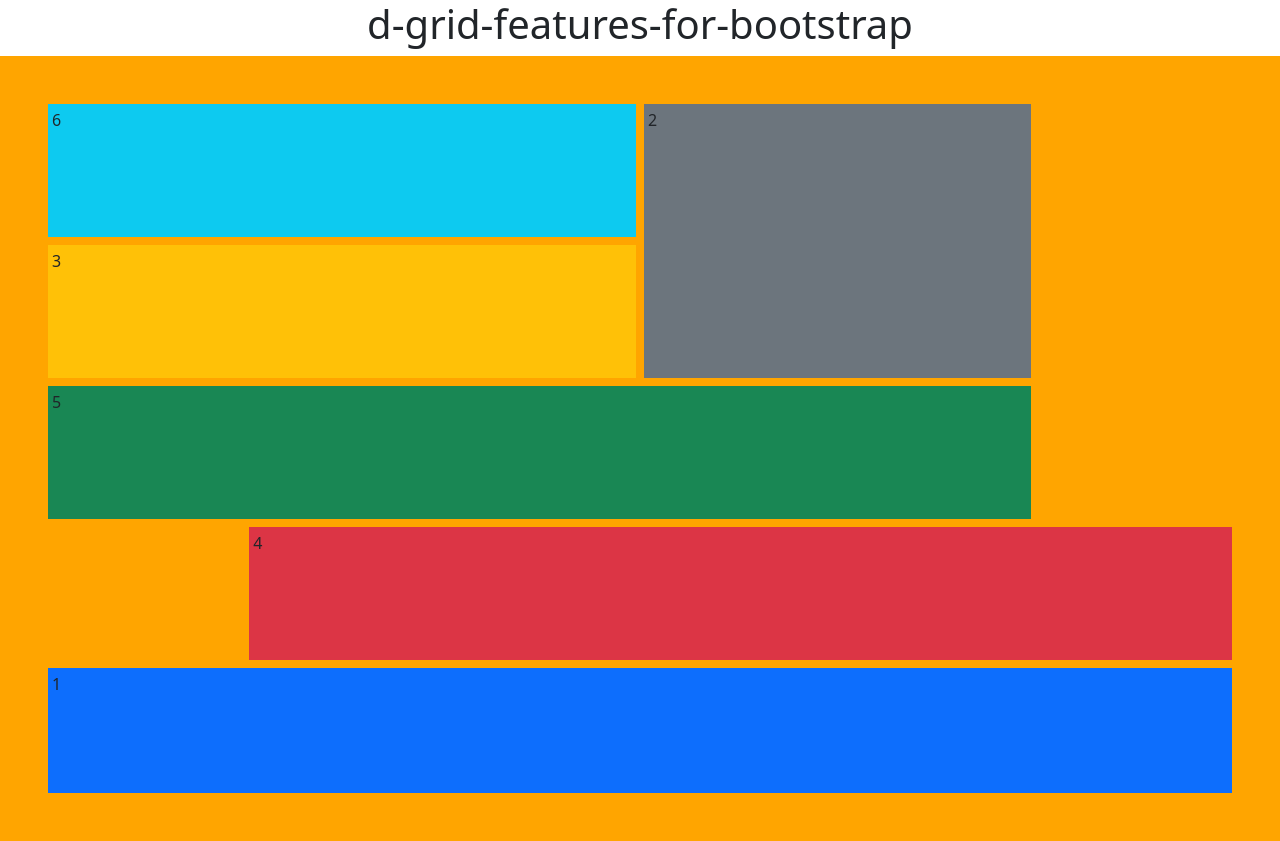
Repository: LynxPardelle/d-grid-features-for-bootstrap
Page: index.html
The author's editor kept a copy of each file at every save. The page is drawn from the files as they stood at one save, then again after the next save.
The browser window is 1280 px wide. The pictures show the whole page.

Above is the page before, as saved 2021-10-20 22:30:01.

### index.html
<!DOCTYPE html>
<html lang="en">
  <head>
    <meta charset="UTF-8" />
    <meta http-equiv="X-UA-Compatible" content="IE=edge" />
    <meta name="viewport" content="width=device-width, initial-scale=1.0" />
    <meta name="author" content="Lynx Pardelle" />
    <title>d-grid-features-for-bootstrap</title>
    <link
      href="https://cdn.jsdelivr.net/npm/bootstrap@5.1.3/dist/css/bootstrap.min.css"
      rel="stylesheet"
      integrity="sha384-1BmE4kWBq78iYhFldvKuhfTAU6auU8tT94WrHftjDbrCEXSU1oBoqyl2QvZ6jIW3"
      crossorigin="anonymous"
    />
    <style>
      body {
        background-image: url("data:[embedded picture, 2297 characters]");
        background-size: cover;
        background-repeat: no-repeat;
        background-position: center center;
      }
    </style>
  </head>
  <body>
    <h1 class="text-center">d-grid-features-for-bootstrap</h1>

    <!-- <section class="d-grid bg-dark" data-gfbs data-gfbs-gtc="repeat(4, 1fr)" data-gfbs-gtr="repeat(2, 50px)" > -->
    <!-- <section class="d-grid bg-dark" data-gfbs data-gfbs-gta='"f f b c c a"" f f d e e a"'> -->
      <section
      class="d-grid"
      data-gfbs
      data-gfbs-custom="background-color: black; padding: 1rem;"
      data-gfbs-custom-sm="background-color: pink; padding: 2rem;"
      data-gfbs-custom-md="background-color: orange; padding: 3rem;"
      data-gfbs-gt='
      [row1-start] "a a b ." 12.5px [row1-end]
      [row2-start] "a a b ." 12.5px [row2-end]
      [row3-start] "c c b d" 12.5px [row3-end]
      [row4-start] "c c b d" 12.5px [row4-end]
      [row5-start] "e e e d" 12.5px [row5-end]
      [row6-start] "e e e d" 12.5px [row6-end]
      [row7-start] ". f f f" 12.5px [row7-end]
      [row8-start] ". f f f" 12.5px [row8-end]
      [row9-start] "g g g g" 25px [row9-end]
      / 2fr 1fr 1fr 3fr'
      data-gfbs-gt-sm='
      [row1-start] "a b b ." 25px [row1-end]
      [row2-start] "a b b ." 25px [row2-end]
      [row3-start] "c c c ." 25px [row3-end]
      [row4-start] "c c c ." 25px [row4-end]
      [row5-start] "e e d d" 25px [row5-end]
      [row6-start] "e e d d" 25px [row6-end]
      [row7-start] ". f f ." 25px [row7-end]
      [row8-start] ". f f ." 25px [row8-end]
      [row9-start] "g g g g" 50px [row9-end]
      / 1fr 2fr 2fr 1fr'
      data-gfbs-gt-md='
      [row1-start] "a a a b" 37.5px [row1-end]
      [row2-start] "a a a b" 37.5px [row2-end]
      [row3-start] "c c d d" 37.5px [row3-end]
      [row4-start] "c c d d" 37.5px [row4-end]
      [row5-start] "e e d d" 37.5px [row5-end]
      [row6-start] "e e d d" 37.5px [row6-end]
      [row7-start] "f f f f" 37.5px [row7-end]
      [row8-start] "g g g g" 37.5px [row8-end]
      [row9-start] "g g g g" 75px [row9-end]
      / 1fr 2fr 2fr 1fr'
      data-gfbs-gt-lg='
      [row1-start] "a a b ." 50px [row1-end]
      [row2-start] "a a b ." 50px [row2-end]
      [row3-start] "c c b d" 50px [row3-end]
      [row4-start] "c c b d" 50px [row4-end]
      [row5-start] "e e e d" 50px [row5-end]
      [row6-start] "e e e d" 50px [row6-end]
      [row7-start] ". f f f" 50px [row7-end]
      [row8-start] ". f f f" 50px [row8-end]
      [row9-start] "g g g g" 100px [row9-end]
      / 1fr 2fr 2fr 1fr'
      data-gfbs-gt-xl='
      [row1-start] "a a b ." 62.5px [row1-end]
      [row2-start] "a a b ." 62.5px [row2-end]
      [row3-start] "c c b d" 62.5px [row3-end]
      [row4-start] "c c b d" 62.5px [row4-end]
      [row5-start] "e e e d" 62.5px [row5-end]
      [row6-start] "e e e d" 62.5px [row6-end]
      [row7-start] ". f f f" 62.5px [row7-end]
      [row8-start] ". f f f" 62.5px [row8-end]
      [row9-start] "g g g g" 125px [row9-end]
      / 1fr 2fr 2fr 1fr'
      data-gfbs-gt-xxl='
      [row1-start] "a a b ." 87.5px [row1-end]
      [row2-start] "a a b ." 87.5px [row2-end]
      [row3-start] "c c b d" 87.5px [row3-end]
      [row4-start] "c c b d" 87.5px [row4-end]
      [row5-start] "e e e d" 87.5px [row5-end]
      [row6-start] "e e e d" 87.5px [row6-end]
      [row7-start] ". f f f" 87.5px [row7-end]
      [row8-start] ". f f f" 87.5px [row8-end]
      [row9-start] "g g g g" 150px [row9-end]
      / 1fr 2fr 2fr 1fr'
      data-gfbs-gap="0.5rem"
    >
      <!-- data-gfbs-cg="1rem"
      data-gfbs-rg="1rem" -->
      <div
        data-gfbs
        data-gfbs-iga="a"
        data-gfbs-iga-sm="g"
        class="bg-primary p-1"
      >
        1
      </div>

      <div data-gfbs data-gfbs-iga="b" class="bg-secondary p-1">2</div>
      <div data-gfbs data-gfbs-iga="c" class="bg-warning p-1">3</div>
      <div
        data-gfbs
        data-gfbs-iga="d"
        data-gfbs-iga-lg="f"
        class="bg-danger p-1"
      >
        4
      </div>
      <div data-gfbs data-gfbs-iga="e" class="bg-success p-1">5</div>
      <div data-gfbs data-gfbs-iga="f" data-gfbs-iga-md="a" class="bg-info p-1">
        6
      </div>
    </section>

    <script
      src="https://cdn.jsdelivr.net/npm/bootstrap@5.1.3/dist/js/bootstrap.bundle.min.js"
      integrity="sha384-ka7Sk0Gln4gmtz2MlQnikT1wXgYsOg+OMhuP+IlRH9sENBO0LRn5q+8nbTov4+1p"
      crossorigin="anonymous"
    ></script>
    <script src="./d-grid.js"></script>
  </body>
</html>

### d-grid.js
"use strict";

function gridCreate(){
  let wWidth = window.innerWidth;
  let gridElements = document.querySelectorAll("[data-gfbs]");

  function checkIfHasBP(gridElement, atr) {
    let hasIt = false;
    for (let attribute of gridElement.attributes) {
      let at = attribute.localName;
      if (at.includes(atr)) {
        switch (true) {
          case at.includes("-sm") && wWidth >= 576 && wWidth < 768:
            hasIt = true;
            break;
          case at.includes("-md") && wWidth >= 768 && wWidth < 992:
            hasIt = true;
            break;
          case at.includes("-lg") && wWidth >= 992 && wWidth < 1200:
            hasIt = true;
            break;
          case at.includes("-xl") && wWidth >= 1200 && wWidth < 1400:
            hasIt = true;
            break;
          case at.includes("-xxl") && wWidth >= 1400:
            hasIt = true;
            break;
        }
      }
    }

    return hasIt;
  }

  for (let gridElement of gridElements) {
    for (let attribute of gridElement.attributes) {
      let at = attribute.localName;
      let attValue = attribute.value;

      if (
        at.includes("gfbs-") &&
        ((!at.includes("-sm") &&
          !at.includes("-md") &&
          !at.includes("-lg") &&
          !at.includes("-xl") &&
          !at.includes("-xxl") &&
          !checkIfHasBP(gridElement, at)) ||
          (at.includes("-sm") &&
            wWidth >= 576 &&
            (!at.includes("-md") || (at.includes("-md") && wWidth < 768)) &&
            (!at.includes("-lg") || (at.includes("-lg") && wWidth < 992)) &&
            (!at.includes("-xl") || (at.includes("-xl") && wWidth < 1200)) &&
            (!at.includes("-xll") || (at.includes("-xxl") && wWidth < 1400))) ||
          (at.includes("-md") &&
            wWidth >= 768 &&
            (!at.includes("-lg") || (at.includes("-lg") && wWidth < 992)) &&
            (!at.includes("-xl") || (at.includes("-xl") && wWidth < 1200)) &&
            (!at.includes("-xll") || (at.includes("-xxl") && wWidth < 1400))) ||
          (at.includes("-lg") &&
            wWidth >= 992 &&
            (!at.includes("-xl") || (at.includes("-xl") && wWidth < 1200)) &&
            (!at.includes("-xll") || (at.includes("-xxl") && wWidth < 1400))) ||
          (at.includes("-xl") &&
            wWidth >= 1200 &&
            (!at.includes("-xll") || (at.includes("-xxl") && wWidth < 1400))) ||
          (at.includes("-xxl") && wWidth >= 1400))
      ) {
        switch (true) {
          /* Container */
          case at.includes("custom"):
            gridElement.style.cssText += attValue;
            break;
          case at.includes("gtc"):
            gridElement.style.gridTemplateColumns = attValue;
            break;
          case at.includes("gtr"):
            gridElement.style.gridTemplateRows = attValue;
            break;
          case at.includes("gta"):
            gridElement.style.gridTemplateAreas = attValue;
            break;
          case at.includes("gt"):
            gridElement.style.gridTemplate = attValue;
            break;
          case at.includes("cg"):
            gridElement.style.columnGap = attValue;
            break;
          case at.includes("rg"):
            gridElement.style.rowGap = attValue;
            break;
          case at.includes("gap"):
            gridElement.style.gap = attValue;
            break;
          case at.includes("ji"):
            gridElement.style.justifyItems = attValue;
            break;
          case at.includes("ai"):
            gridElement.style.alignItems = attValue;
            break;
          case at.includes("pi"):
            gridElement.style.placeItems = attValue;
            break;
          case at.includes("jc"):
            gridElement.style.justifyContent = attValue;
            break;
          case at.includes("ac"):
            gridElement.style.alignContent = attValue;
            break;
          case at.includes("pc"):
            gridElement.style.placeContent = attValue;
            break;
          case at.includes("gac"):
            gridElement.style.gridAutoColumns = attValue;
            break;
          case at.includes("gar"):
            gridElement.style.gridAutoRows = attValue;
            break;
          case at.includes("gaf"):
            gridElement.style.gridAutoFlow = attValue;
            break;
          case at.includes("grid"):
            gridElement.style.grid = attValue;
            break;

          /* Item */
          case at.includes("gcs"):
            gridElement.style.gridColumnStart = attValue;
            break;
          case at.includes("gce"):
            gridElement.style.gridColumnEnd = attValue;
            break;
          case at.includes("gc"):
            gridElement.style.gridColumn = attValue;
            break;
          case at.includes("grs"):
            gridElement.style.gridRowStart = attValue;
            break;
          case at.includes("gre"):
            gridElement.style.gridRowEnd = attValue;
            break;
          case at.includes("gr"):
            gridElement.style.gridRow = attValue;
            break;
          case at.includes("iga"):
            gridElement.style.gridArea = attValue;
            break;
          case at.includes("js"):
            gridElement.style.justifySelf = attValue;
            break;
          case at.includes("as"):
            gridElement.style.alignSelf = attValue;
            break;
          case at.includes("ps"):
            gridElement.style.placeSelf = attValue;
            break;
        }
      }
    }
  }
}

window.onload = gridCreate();
window.addEventListener("resize", gridCreate);

After the next save:
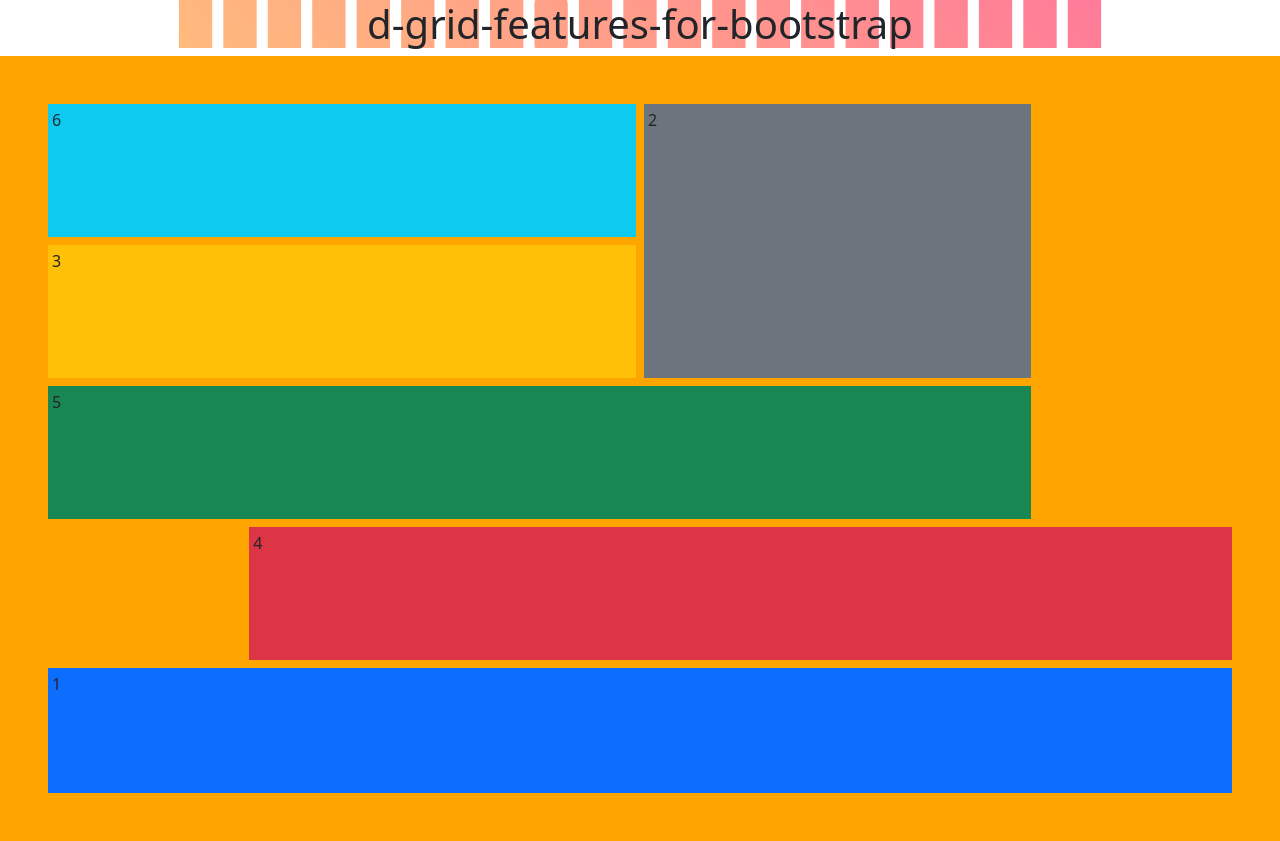
Saved 10 s later.
--- a/index.html
+++ b/index.html
@@ -13,7 +13,7 @@
       crossorigin="anonymous"
     />
     <style>
-      body {
+      h1 {
         background-image: url("data:[embedded picture, 2297 characters]");
         background-size: cover;
         background-repeat: no-repeat;
